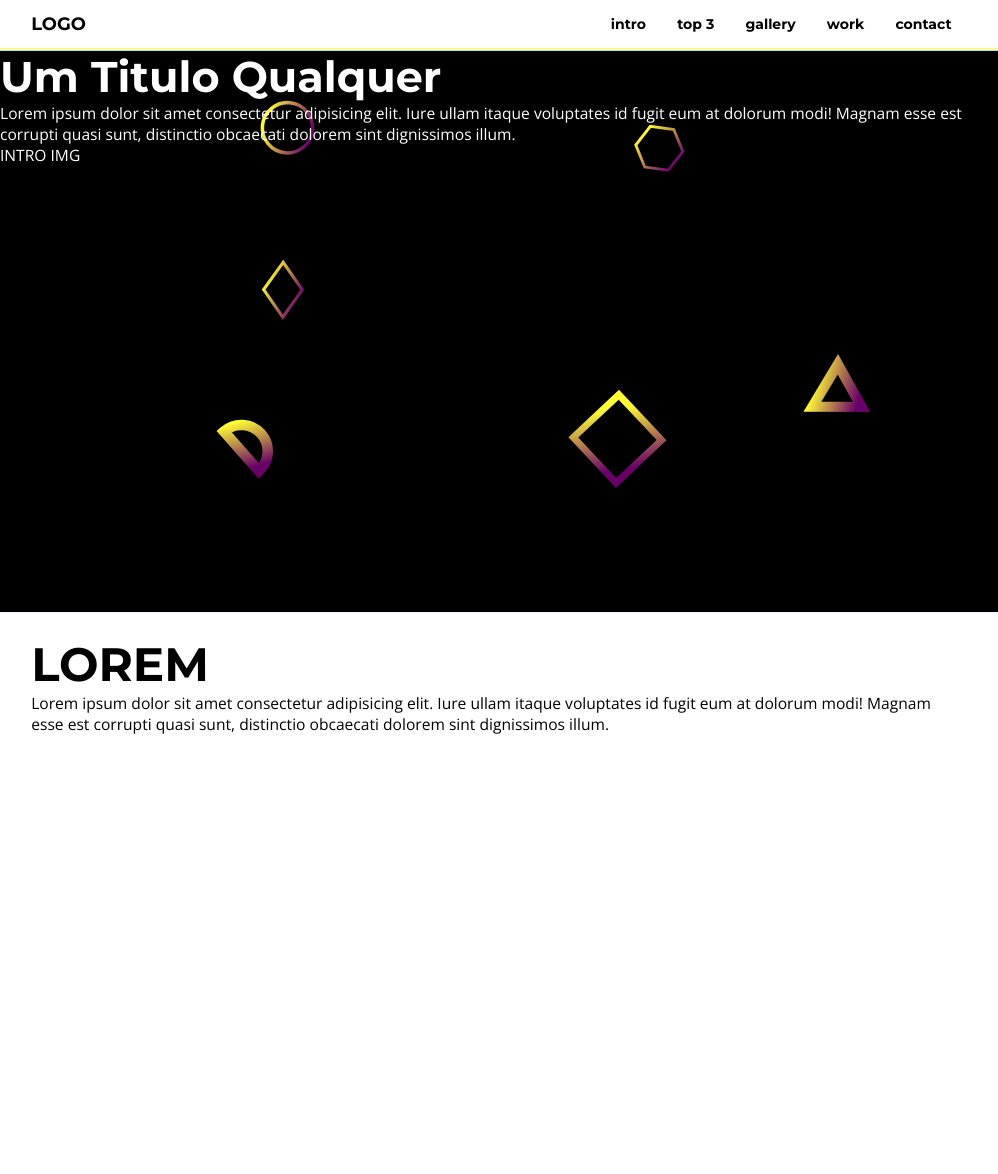
Repository: danilodscosta/CursoHTML
Page: aula1/index.html
These files come from the project's save history. The page is drawn as it stood at one moment and after the next save; the edit follows.
The browser window is 1280 px wide. The pictures show the whole page, at 78% of full size.

Above is the page before, as saved 2024-01-29 16:52:16.

After the next save:
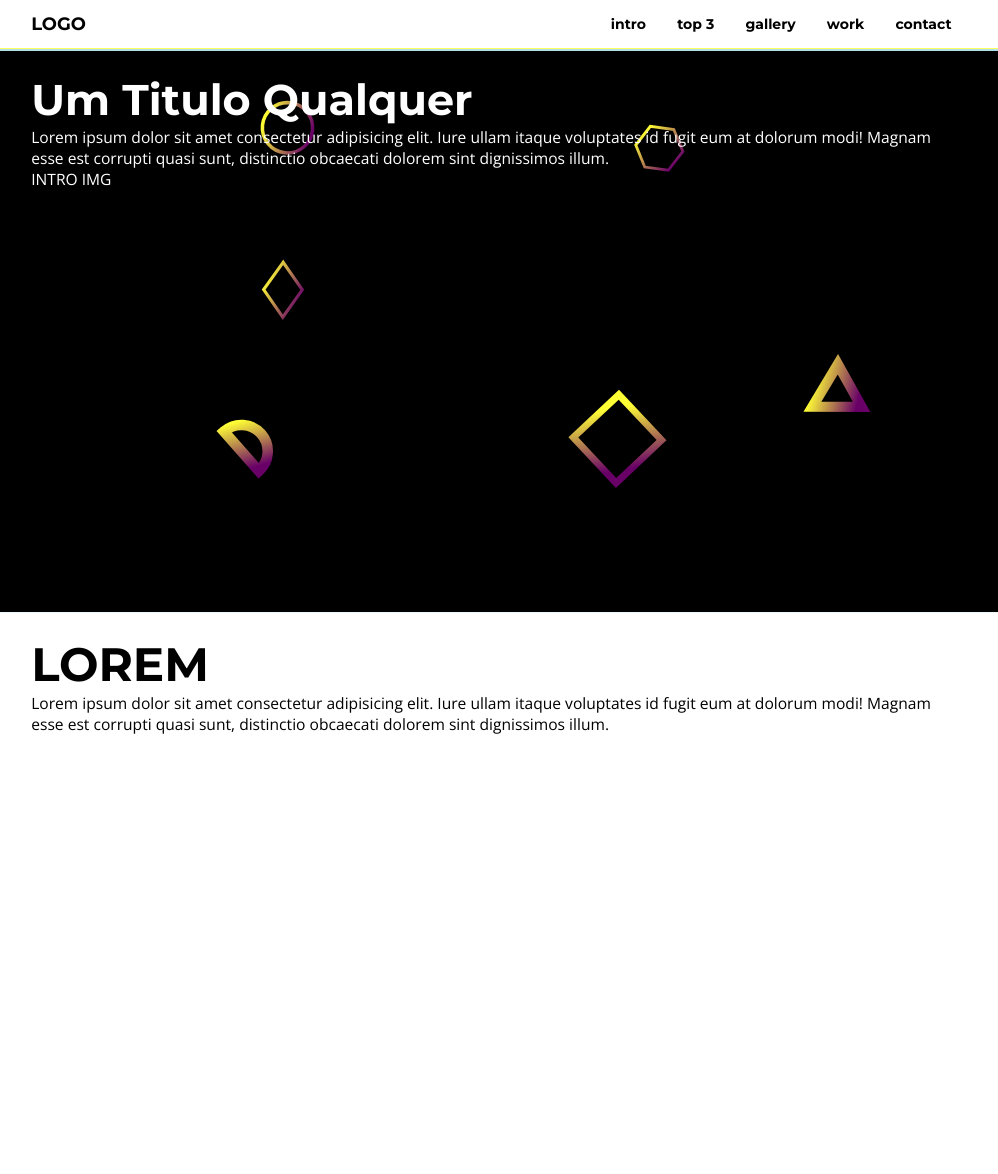
Saved 71 s later.
--- a/aula1/index.html
+++ b/aula1/index.html
@@ -43,13 +43,15 @@
     <div class="menu-spacing"></div>
 
     <section class="intro main-bg section">
-        <div class="intro-text-content">
-            <h2>Um Titulo Qualquer</h2>
-            <p>Lorem ipsum dolor sit amet consectetur adipisicing elit. Iure ullam itaque voluptates id fugit eum at dolorum modi! Magnam esse est corrupti quasi sunt, distinctio obcaecati dolorem sint dignissimos illum.</p>
-        </div>
+        <div class="main-content">
+            <div class="intro-text-content">
+                <h2>Um Titulo Qualquer</h2>
+                <p>Lorem ipsum dolor sit amet consectetur adipisicing elit. Iure ullam itaque voluptates id fugit eum at dolorum modi! Magnam esse est corrupti quasi sunt, distinctio obcaecati dolorem sint dignissimos illum.</p>
+            </div>
         <div class="intro-img">
             INTRO IMG
         </div>
+    </div>
     </section>
 
     <section class="white-bg section">
